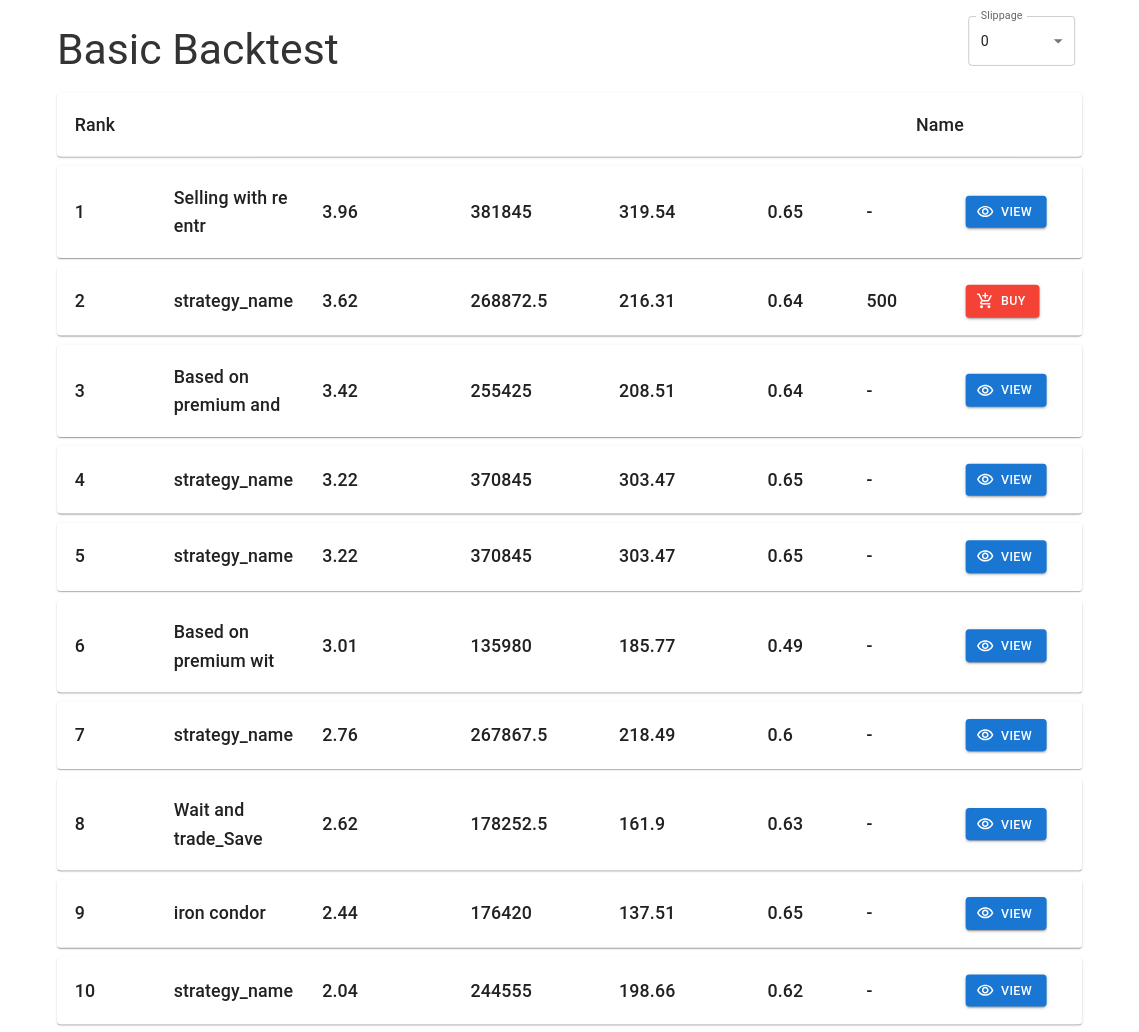
Repository: PraTEEkgUpTa2/Leaderboard
Page: /
An editor plug-in stored every save of this project. The page is shown before and after the next save, followed by the edit.
The browser window is 1280 px wide. The pictures show the whole page, at 89% of full size.
The project was rebuilt for these pictures with package versions that can differ from the ones it lists, and the page was loaded fresh each time. Also part of the build but not shown: src/App.css.

Above is the page before, as saved 2024-05-28 13:53:17.

After the next save:
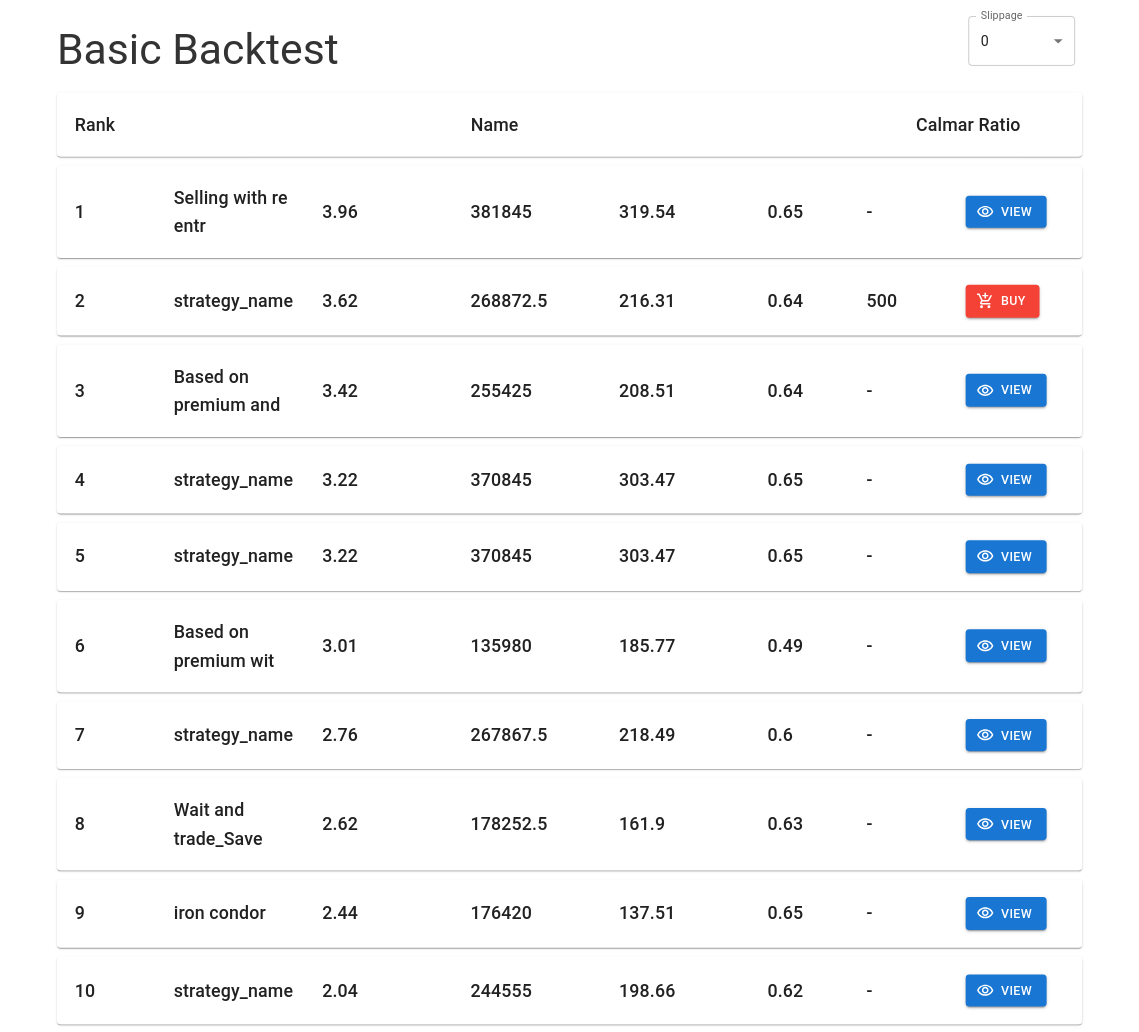
Saved 53 s later.
--- a/src/Leaderboard.js
+++ b/src/Leaderboard.js
@@ -90,6 +90,9 @@ const Leaderboard = () => {
             <Box flexBasis="15%">
               <Typography variant="h6">Name</Typography>
             </Box>
+            <Box flexBasis="15%">
+              <Typography variant="h6">Calmar Ratio</Typography>
+            </Box>
             </Tab>
         {data.map((row) => (
           <Tab key={row.Rank} onClick={() => handleRowClick(row)}>
